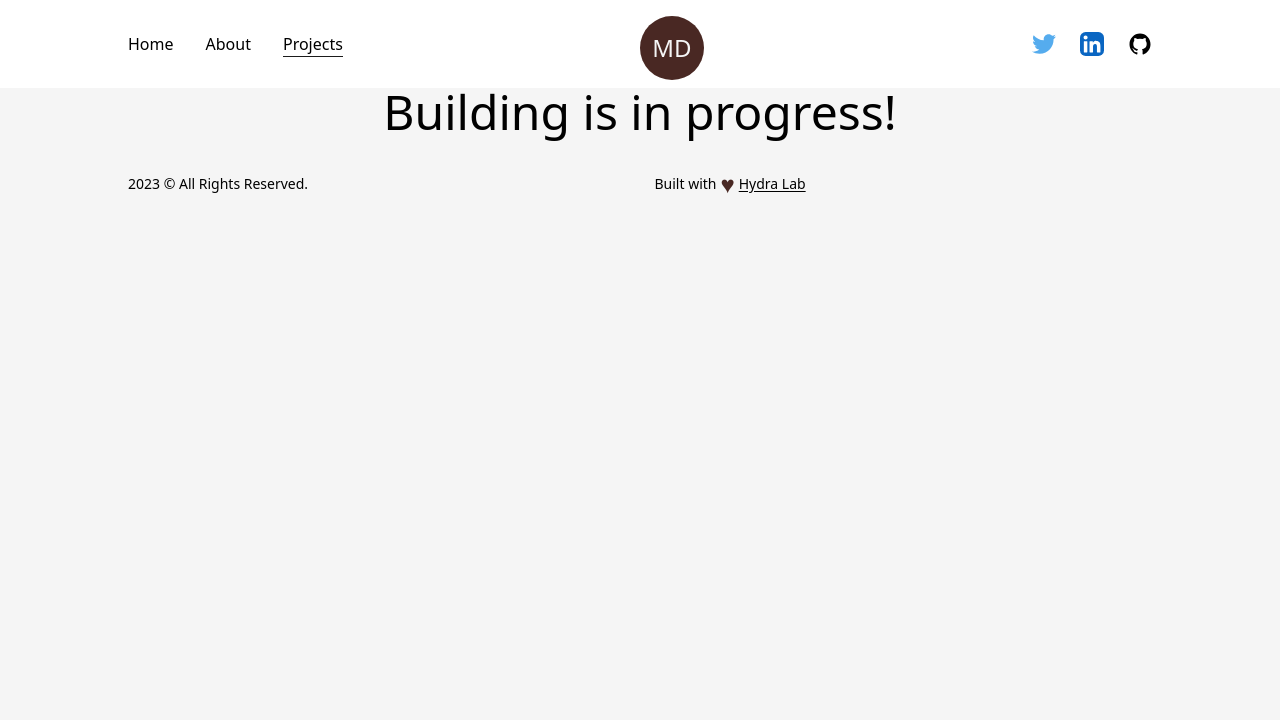
Repository: marcusdashe/situs
Page: /projects
These files come from the project's save history. The page is drawn as it stood at one moment and after the next save; the edit follows.
The browser window is 1280 px wide. The pictures show the whole page.
The project was rebuilt for these pictures with package versions that can differ from the ones it lists, and the page was loaded fresh each time. The framework's server and built-in components were replaced by stand-ins that run in the browser.

Above is the page before, as saved 2023-07-23 14:28:36.

### src/pages/_app.js
import Footer from "@/components/Footer";
import Navbar from "@/components/Navbar";
import "@/styles/globals.css";
import Head from "next/head";
// import { IBM_Plex_Sans } from "next/font/google";

// const ibm = IBM_Plex_Sans({
//   subsets: ["latin"],
//   variable: "--font-mont",
// });

export default function App({ Component, pageProps }) {
  return (
    <>
      <Head>
        <meta name="viewport" content="width=device-width, initial-scale=1" />
        <link rel="icon" href="/favicon.ico" />
      </Head>
      <main className={`  bg-light w-full min-h-screen`}>
        <Navbar />
        <Component {...pageProps} />
        <Footer />
      </main>
    </>
  );
}

### src/pages/projects.js
import React from "react";

const projects = () => {
  return (
    <div className="text-5xl w-full text-center h-[80%]">
      Building is in progress!
    </div>
  );
};

export default projects;

### src/components/Footer.jsx
import React from "react";
import Layout from "./Layout";
import Link from "next/link";

const Footer = () => {
  return (
    <footer className="w-full border-t-1 border-solid border-primaryDark font-medium text-sm ">
      <Layout className="py-8 flex items-center justify-between">
        <span>{new Date().getFullYear()} &copy; All Rights Reserved.</span>
        <div className="flex items-center">
          Built with{" "}
          <span className="text-primaryDark text-2xl px-1">&hearts;</span>
          <Link href="/" className="underline underline-offset-2">
            Hydra Lab
          </Link>
        </div>
        <Link href="/"></Link>
      </Layout>
    </footer>
  );
};

export default Footer;

### src/components/Navbar.jsx
import React from "react";
import { useRouter } from "next/router";
import Link from "next/link";
import Logo from "./Logo";
import { TwitterIcon, GithubIcon, LinkedInIcon } from "./Icons";
import { motion } from "framer-motion";

const CustomLink = ({ href, title, className = "" }) => {
  const router = useRouter();

  return (
    <Link href={href} className={`${className} relative group`}>
      {title}
      <span
        className={`h-[1px] inline-block bg-dark absolute left-0 -bottom-0.5 group-hover:w-full transition-[width] ease duration-300 ${
          router.asPath === href ? "w-full" : "w-0"
        }`}
      >
        &nbsp;
      </span>
    </Link>
  );
};

const Navbar = () => {
  return (
    <header
      className="w-full px-32 py-8 font-medium
            flex items-center justify-between sticky top-0 z-10 bg-white"
    >
      <nav>
        <CustomLink href="/" title="Home" className="mr-4" />
        <CustomLink href="/about" title="About" className="mx-4" />
        <CustomLink href="/projects" title="Projects" className="mx-4" />
        {/* <CustomLink href="/articles" title="Articles" className="ml-4" /> */}
      </nav>

      <nav className="flex items-center justify-center flex-wrap">
        <motion.a
          href="https://www.twitter.com/marcusdashe"
          target={"_blank"}
          whileHover={{
            y: -2,
          }}
          whileTap={{ scale: 0.9 }}
          className="w-6 mx-3"
        >
          <TwitterIcon className="" />
        </motion.a>
        <motion.a
          href="https://www.linkedin.com/in/marcus-dashe-15a088202"
          target={"_blank"}
          whileHover={{
            y: -2,
          }}
          whileTap={{ scale: 0.9 }}
          className="w-6 mx-3"
        >
          <LinkedInIcon />
        </motion.a>
        <motion.a
          href="https://www.github.com/marcusdashe"
          target={"_blank"}
          whileHover={{
            y: -2,
          }}
          whileTap={{ scale: 0.9 }}
          className="w-6 ml-3"
        >
          <GithubIcon />
        </motion.a>
      </nav>
      <div className="absolute left-[50%] top-2 translate-x-[-50]">
        <Logo />
      </div>
    </header>
  );
};

export default Navbar;

### src/styles/globals.css
@import url("https://fonts.googleapis.com/css2?family=IBM+Plex+Sans:ital,wght@0,100;0,200;0,300;1,100;1,200&family=Inter:wght@300;400;500;600;700;800;900&display=swap");

@tailwind base;
@tailwind components;
@tailwind utilities;

### src/components/Layout.jsx
import React from "react";

const Layout = ({ children, className = "" }) => {
  return (
    <div className={`${className} w-full inline-block z-0 bg-light p-32`}>
      {children}
    </div>
  );
};

export default Layout;

### src/components/Logo.jsx
"use client";

import React from "react";
import Link from "next/link";
import { motion } from "framer-motion";

const MotionLink = motion(Link);

const Logo = () => {
  return (
    <div className="flex items-center justify-center mt-2">
      <MotionLink
        href="/"
        className="w-16 h-16 bg-primaryDark text-light flex items-center
        justify-center rounded-full text-2xl  hover
      "
        whileHover={{
          scale: 1.5,
          backgroundColor: [
            "#121212",
            "rgba(131,58,180,1)",
            "rgba(253,29,29,1)",
            "rgba(252,176,69,1)",
            "rgba(131,58,180,1)",
            "#121212",
          ],
          transition: {
            duration: 1,
            repeat: Infinity,
          },
        }}
      >
        MD
      </MotionLink>
    </div>
  );
};

export default Logo;

Loaded but not shown: tailwind.config.js (34 lines, source omitted); src/components/Icons.jsx (474 lines, source omitted)

After the next save:
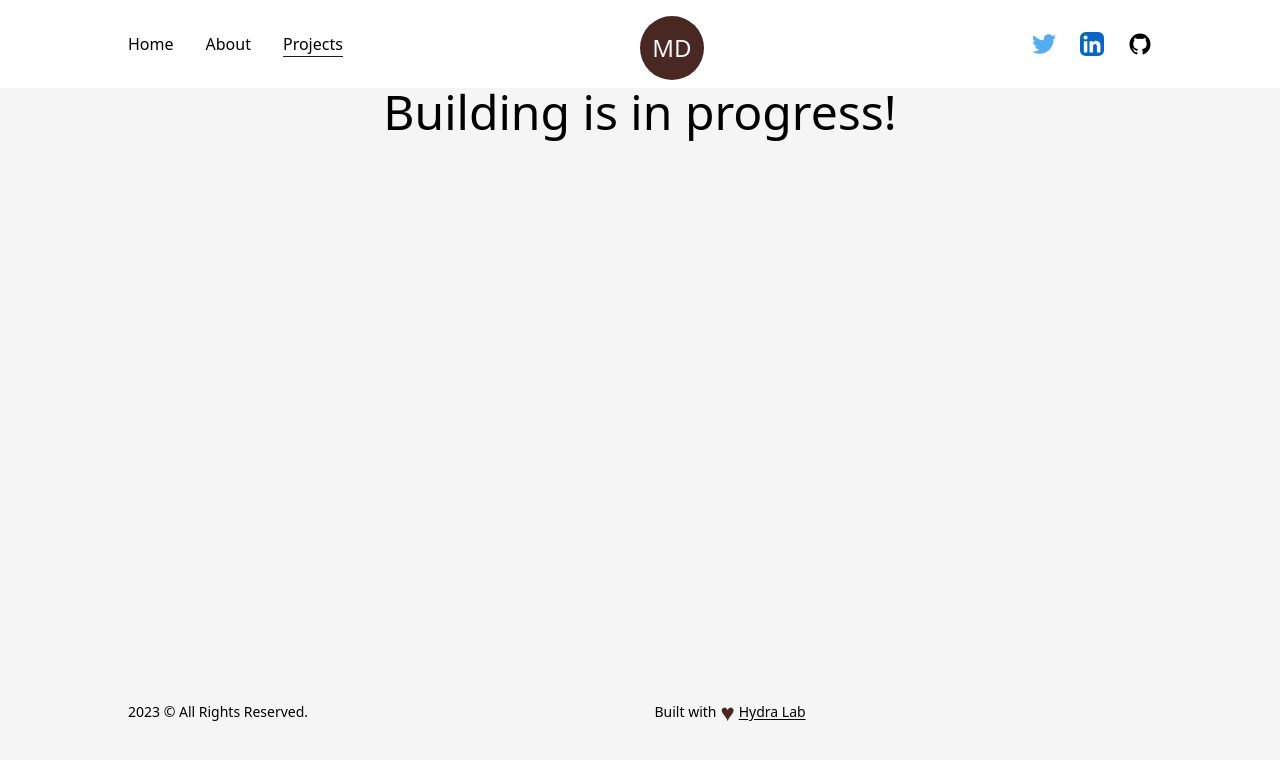
Saved 15 s later.
--- a/src/pages/projects.js
+++ b/src/pages/projects.js
@@ -2,7 +2,7 @@ import React from "react";
 
 const projects = () => {
   return (
-    <div className="text-5xl w-full text-center h-[80%]">
+    <div className="text-5xl w-full text-center h-[80vh]">
       Building is in progress!
     </div>
   );
